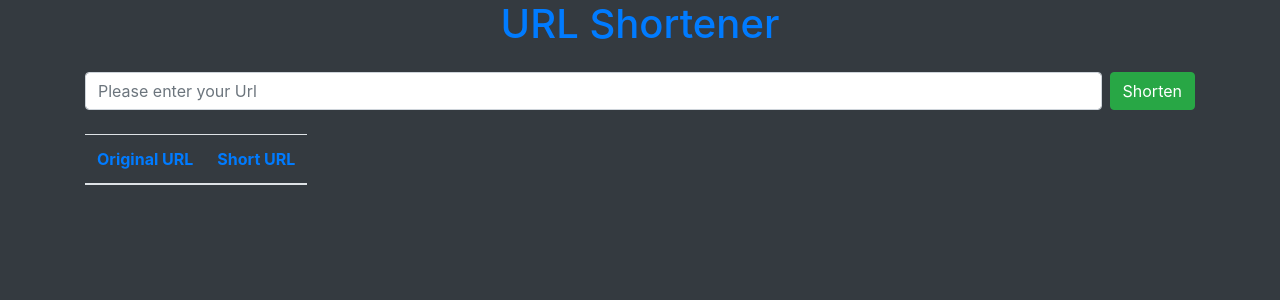
Repository: Art101-ui/Url-shorterner
Page: http://localhost/
The author's editor kept a copy of each file at every save. The page is drawn from the files as they stood at one save, then again after the next save.
The browser window is 1280 px wide. The pictures show the whole page.
The page is served by the project's Node server (server.js). Queries for data that is not in the repository find no rows.

Above is the page before, as saved 2022-02-24 14:35:33.

After the next save:
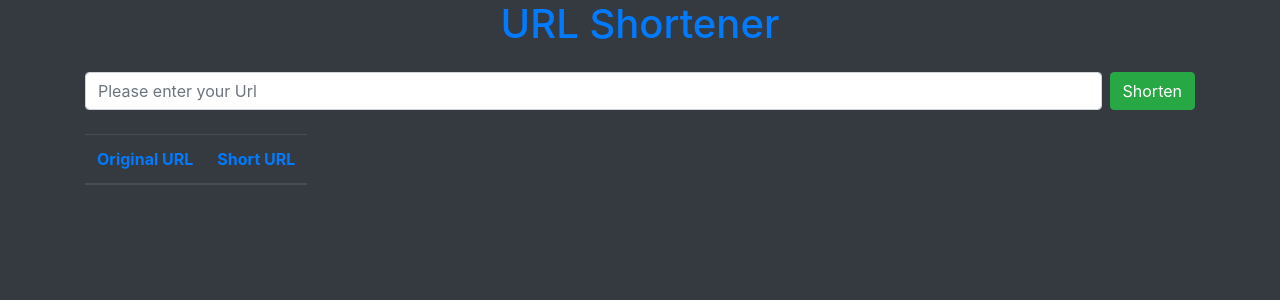
Saved 3 min 26 s later.
--- a/views/index.ejs
+++ b/views/index.ejs
@@ -29,7 +29,7 @@
       </form>
 
       <table class="table table-striped table-responsive">
-        <thead>
+        <thead class="thead-dark">
           <tr>
             <th class="text-primary">Original URL</th>
             <th class="text-primary">Short URL</th>
